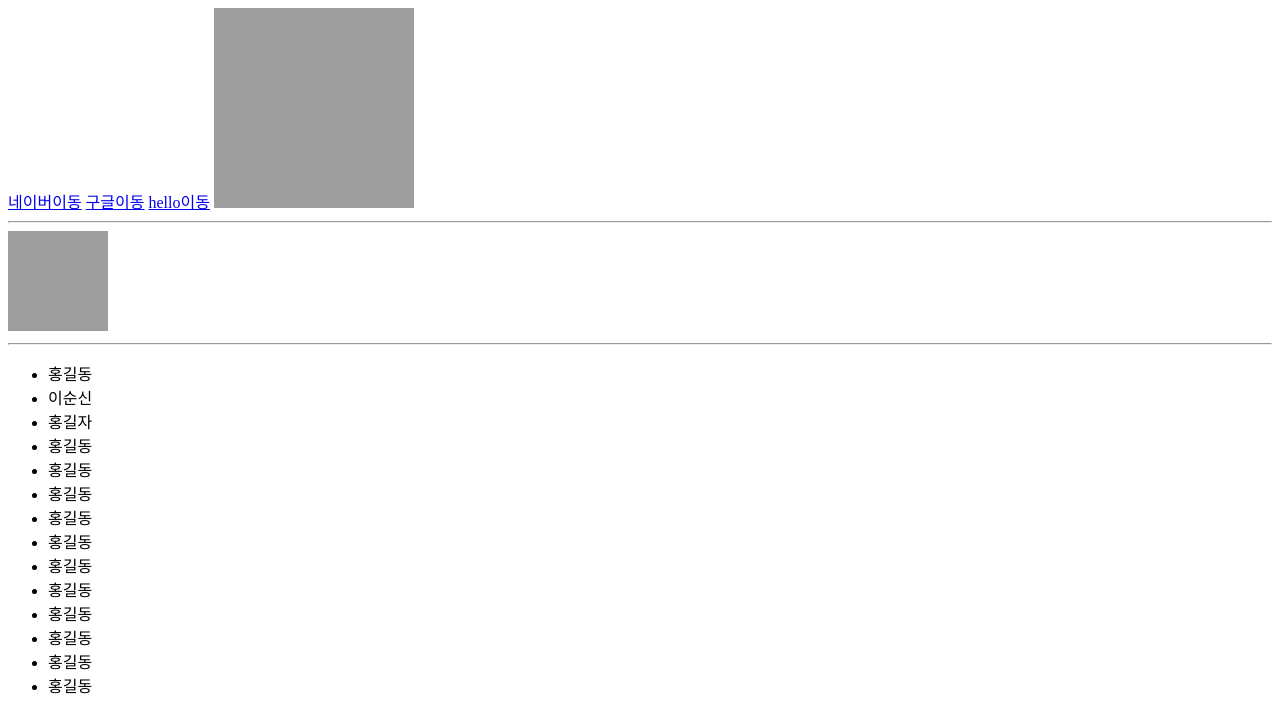
Repository: YeonHaw/jsp
Page: JSPBasic/src/main/webapp/HTML/Index02.html
An editor plug-in stored every save of this project. The page is shown before and after the next save, followed by the edit.
The browser window is 1280 px wide. The pictures show the whole page.
Pictures or frames that could not be fetched are drawn as grey boxes.

Above is the page before, as saved 2023-12-27 01:19:43.

After the next save:
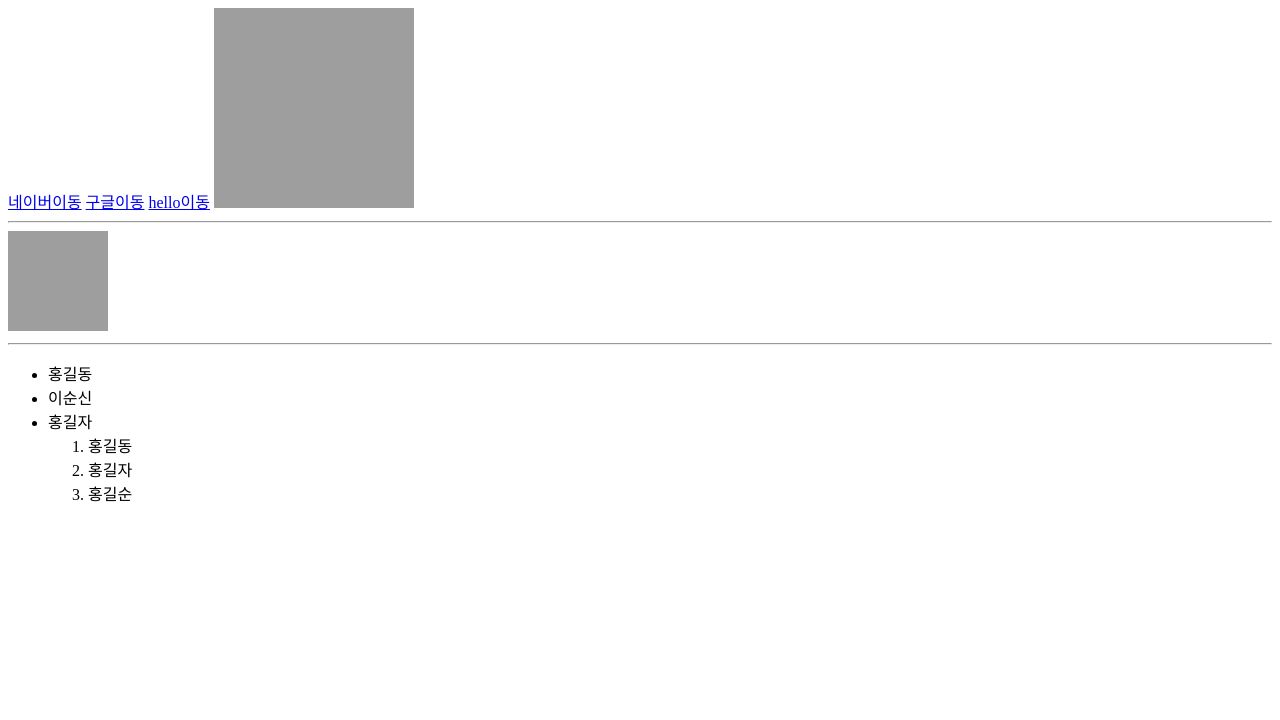
Saved 100 s later.
--- a/JSPBasic/src/main/webapp/HTML/Index02.html
+++ b/JSPBasic/src/main/webapp/HTML/Index02.html
@@ -22,17 +22,14 @@
 	<li>홍길동</li>
 	<li>이순신</li>
 	<li>홍길자</li>
-	<li>홍길동</li>
-	<li>홍길동</li>
-	<li>홍길동</li>
-	<li>홍길동</li>
-	<li>홍길동</li>
-	<li>홍길동</li>
-	<li>홍길동</li>
-	<li>홍길동</li>
-	<li>홍길동</li>
-	<li>홍길동</li>
-	<li>홍길동</li>
+
+	<ol>
+		<li>홍길동</li>
+		<li>홍길자</li>
+		<li>홍길순</li>
+
+	</ol>
+
 </ul>
 </body>
 </html>
